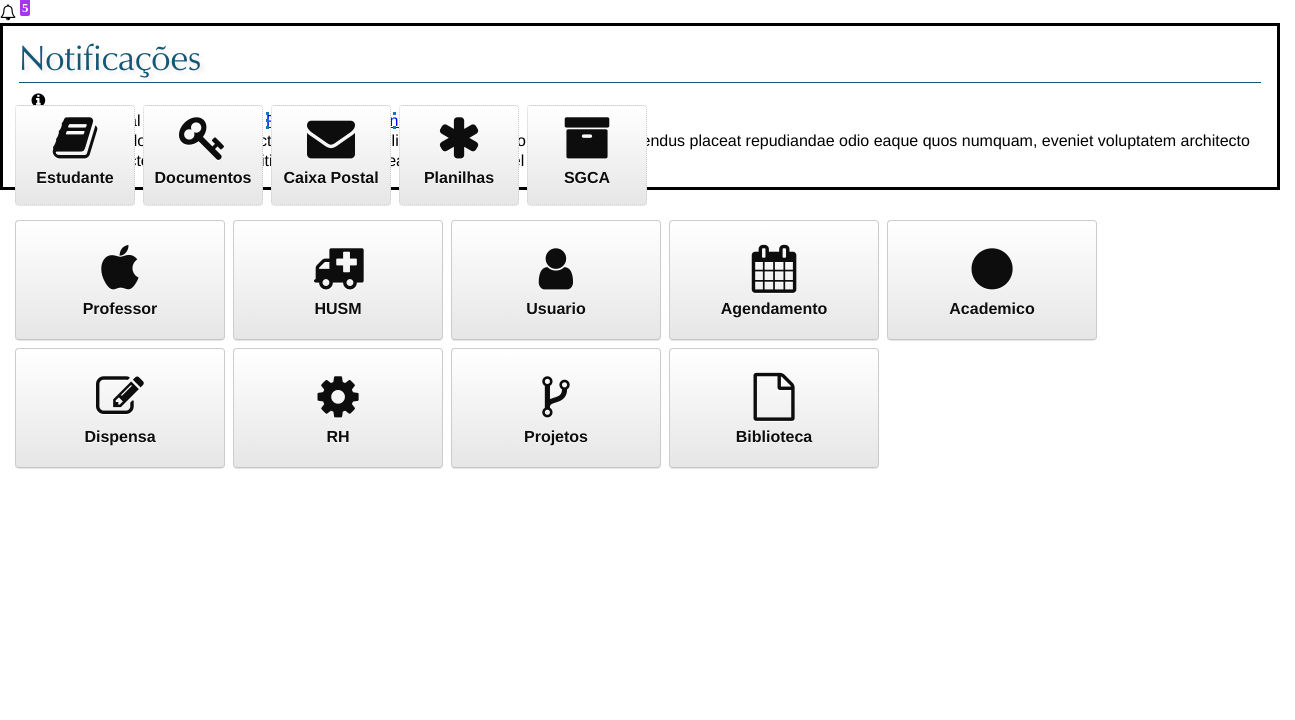
Repository: evertonagilar/study
Page: css/css-notificacao-dialog/index.html
An editor plug-in stored every save of this project. The page is shown before and after the next save, followed by the edit.
The browser window is 1280 px wide. The page is 1295 px wide, so the pictures cover 1295 px, including what lies to the right of the window. The pictures show the whole page.
After loading, the first visible `span.dashboard-notificacoes-button` was clicked once.

Above is the page before, as saved 2023-09-11 20:51:19.

After the next save:
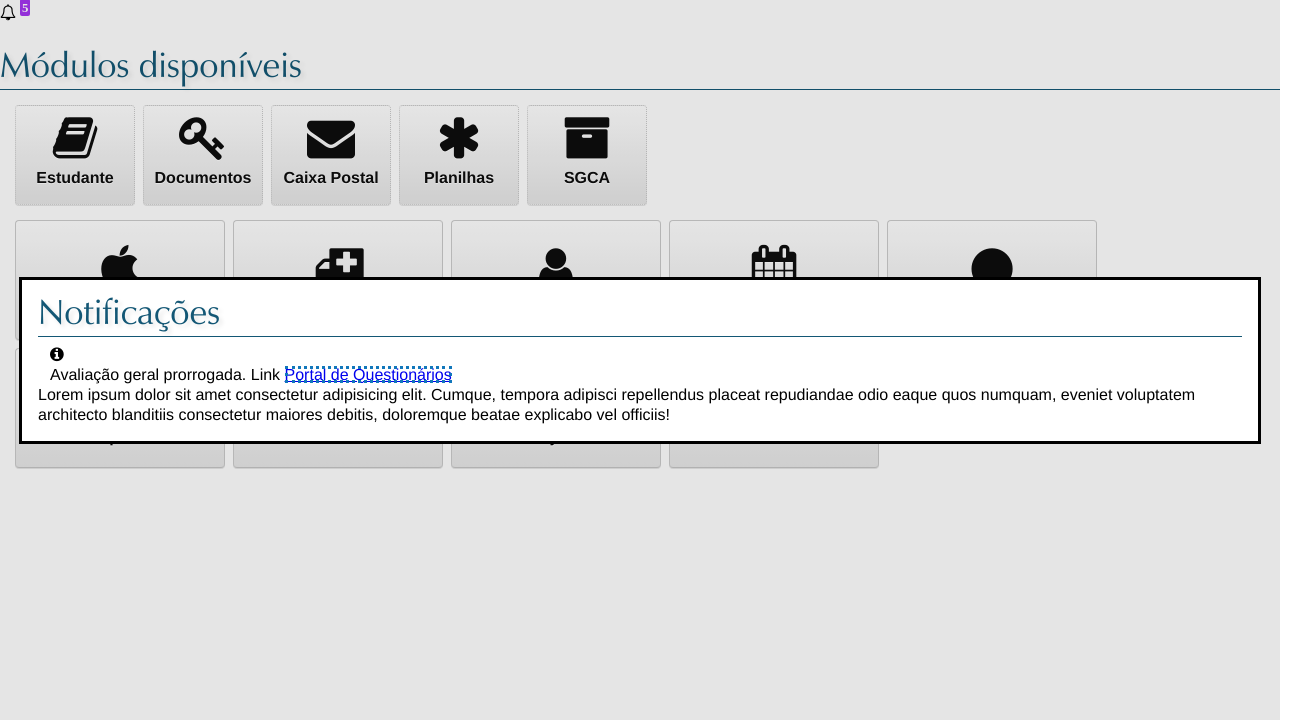
Saved 16 s later.
--- a/css/css-notificacao-dialog/index.html
+++ b/css/css-notificacao-dialog/index.html
@@ -169,7 +169,7 @@
         /* Notifications */
         document.querySelector('.dashboard-notificacoes-button').addEventListener("click", (event) => {
             const dialog = document.querySelector('.dashboard-notificacoes');
-            dialog.show();
+            dialog.showModal();
         });
 
 
